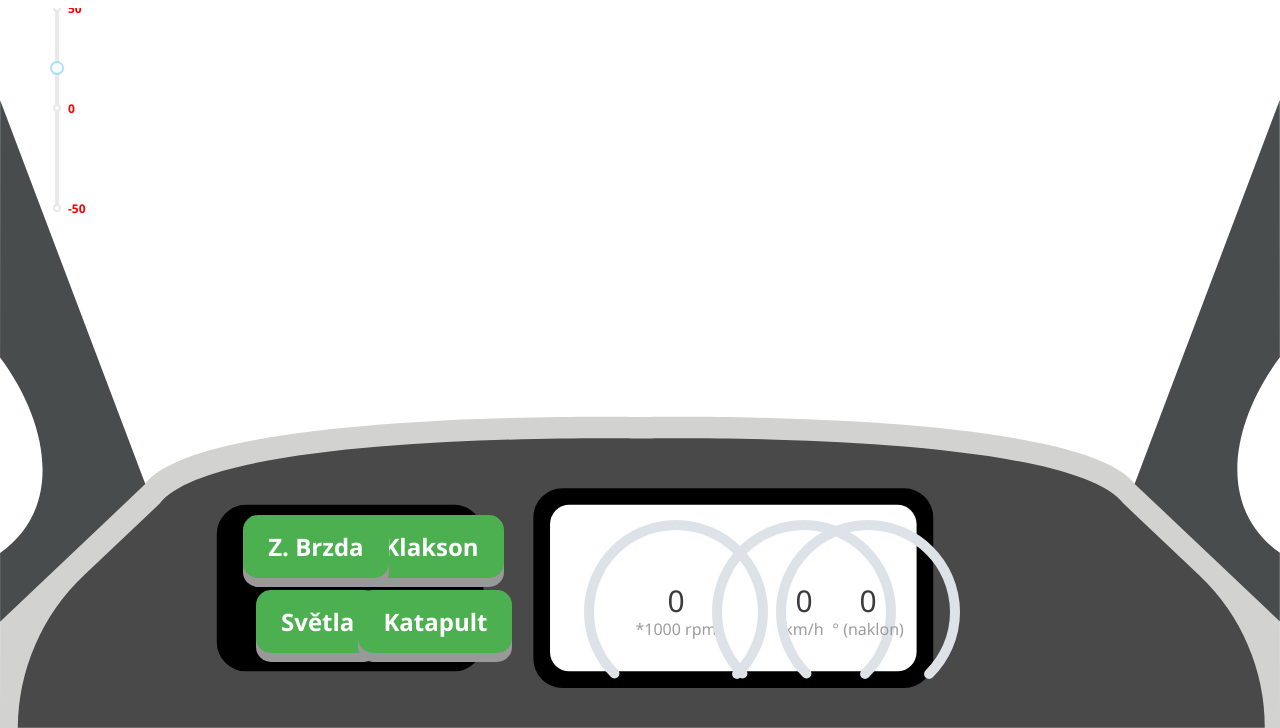
Repository: matyasvelc/train
Page: / (app in frontend/)
An editor plug-in stored every save of this project. The page is shown before and after the next save, followed by the edit.
The browser window is 1280 px wide. The pictures show the whole page.
The page's requests for data from a server got no answer. The project was rebuilt for these pictures with package versions that can differ from the ones it lists, and the page was loaded fresh each time. No one was signed in, and anything a server would have sent is missing.

Above is the page before, as saved 2022-04-04 16:57:18.

### frontend/src/index.js
import React, { useEffect } from 'react'
import ReactDOM from 'react-dom'
import Progress from './lib/progress'
import './styles.css'
import Slider, { Range } from 'rc-slider';
import 'rc-slider/assets/index.css';

async function postData(url = '', data = {}) {
  // Default options are marked with *
  const response = await fetch(url, {
    method: 'POST', // *GET, POST, PUT, DELETE, etc.
    cache: 'no-cache', // *default, no-cache, reload, force-cache, only-if-cached
    headers: {
      'Content-Type': 'application/json'
    },
    redirect: 'follow', // manual, *follow, error
    referrerPolicy: 'no-referrer', // no-referrer, *no-referrer-when-downgrade, origin, origin-when-cross-origin, same-origin, strict-origin, strict-origin-when-cross-origin, unsafe-url
    body: JSON.stringify(data) // body data type must match "Content-Type" header
  });
  return response.json(); // parses JSON response into native JavaScript objects
}

const style = { float: 'left', width: 160, height: 200, marginBottom: 160, marginLeft: 50 };
const parentStyle = { overflow: 'hidden' };

const marks = {
  '-50': {
    style: {
      color: 'red',
    },
    label: <strong>-50</strong>,
  },
  0: {
    style: {
      color: 'red',
    },
    label: <strong>0</strong>,
  },
  50: {
    style: {
      color: 'red',
    },
    label: <strong>50</strong>,
  },
};

function App() {
  const [temp, setTemp] = React.useState()
  const [rpm, setRpm] = React.useState()
  const [speed, setSpeed] = React.useState()
  const [svetlo, setSvetlo] = React.useState()
  const [rychlost, setRychlost] = React.useState()

  useEffect(() => {
    const timer = setInterval(() => {
      fetch('http://127.0.0.1:5000/getSpeed')
        .then(res => {
          return res.json();
        })
        .then(data => {
          setSpeed(data.speed);
        });
    }, 1000);

    return () => clearInterval(timer);
  }, []);

  useEffect(() => {
    const timer = setInterval(() => {
      fetch('http://127.0.0.1:5000/getAngle')
        .then(res => {
          return res.json();
        })
        .then(data => {
          setTemp(data.angle);
        });
    }, 1000);

    return () => clearInterval(timer);
  }, []);

  useEffect(() => {
    const timer = setInterval(() => {
      fetch('http://127.0.0.1:5000/getRpm')
        .then(res => {
          return res.json();
        })
        .then(data => {
          setRpm(data.engine_speed);
        });
      }, 1000);

      return () => clearInterval(timer);
  }, []);

  function Svetlo() {
    console.log(svetlo);
    setSvetlo(!svetlo);
    postData('http://127.0.0.1:5000/setLightStatus', {"lights": !svetlo})
  }

  function Rychlost(value) {
    console.log(value);
    setRychlost(value);
    postData('http://127.0.0.1:5000/setSpeed', {"speed": value})
  }

  return (
    <div className="demo">
      <div className='vlak'>
      <div className='budik1'>
      <Progress
        progress={rpm}
        max={4}
        subtitle="*1000 rpm"
        reduction={0.25}
        hideBall
        strokeWidth={10}
        gradient={[{stop: 0.0, color: '#f6416d'}, {stop: 1, color: '#fa6d7c'}]} />
      </div>
      <div className='budik2'>
      <Progress
        progress={speed}
        max={100}
        subtitle="km/h"
        reduction={0.25}
        hideBall
        strokeWidth={10} />
      </div>
      <div className='budik3'>
      <Progress
        progress={temp}
        min={-45}
        max={45}
        subtitle="° (naklon)"
        strokeWidth={10}
        reduction={0.25}
        hideBall
        gradient={[{stop: 0.0, color: '#f6416d'}, {stop: 1, color: '#fa6d7c'}]} />
      </div>
        </div>
        <input id='svetla' class="svetla" onClick={Svetlo} checked={svetlo} type='checkbox'></input>
        <label class="button a" htmlFor='svetla'>Světla</label>
        <button class="button b" >Katapult</button>
        <button class="button c" >Klakson</button>
        <button class="button d" >Z. Brzda</button>
        <div style={parentStyle}>
          <div style={style}>
            <Slider vertical min={-50} max={50} step={2} marks={marks} included={false} onAfterChange={Rychlost} defaultValue={20}/>
          </div>
        </div>
        </div>
  )
}

ReactDOM.render(<App />, document.getElementById('root'))

### frontend/src/styles.css
body {
  background: none;
  font-family: 'Segoe UI', Tahoma, Geneva, Verdana, sans-serif;
  caret-color: transparent;
  user-select: none;
  overflow: hidden;
  padding: 0;
  left: 0;
  width: 100%;
  height: 100%;
}

.demo > div {
  width: 100%;
  height: 100%;
  position: absolute;
  left: 0;
  display: inline-block;
}
.vlak {
  background-image:url(./train.svg);
  background-repeat: no-repeat;
  background-size: 100%;
  width: 100%;
  height: 100%;
  overflow: hidden;
  background-position: bottom;
  position: absolute;
  display: inline-block;
}
.budik1{
  position: absolute;
  top: 70%;
  left: 45%;
}
.budik2{
  position: absolute;
  top: 70%;
  left: 55%;
}
.budik3{
  position: absolute;
  top: 70%;
  left: 60%;
}
.button {
  font-family: 'Segoe UI', Tahoma, Geneva, Verdana, sans-serif;
  display: inline-block;
  padding: 15px 25px;
  font-size: 24px;
  cursor: pointer;
  text-align: center;
  text-decoration: none;
  outline: none;
  color: #fff;
  background-color: #4CAF50;
  border: none;
  border-radius: 15px;
  box-shadow: 0 9px #999;
  caret-color: transparent;
  user-select: none;
  font-weight:600;
  position: absolute;
}
.button:active {
  background-color: #3e8e41;
  box-shadow: 0 5px #666;
  transform: translateY(4px);
}
.a{
  position: absolute;
  top: 82%;
  left: 20%;
}
.b{
  position: absolute;
  top: 82%;
  left: 28%;
}
.c{
  position: absolute;
  top: 71.5%;
  left: 28%;
}
.d{
  position: absolute;
  top: 71.5%;
  left: 19%;
}
.svetla{
  display: none;
  caret-color: transparent;
  user-select: none;
  position: absolute;
}
.svetla:checked + .button{
  background-color: #3e8e41;
  box-shadow: 0 5px #666;
  transform: translateY(4px);
}
.rychlost{
  user-select:all;
  position: absolute;
  top: ;
  left: ;
}

### frontend/src/lib/progress.module.css
.progress {
  font-family: 'Segoe UI', Tahoma, Geneva, Verdana, sans-serif;
  width: 200px;
}

.svg {
  display: block;
  width: 100%;
}

Loaded but not shown: frontend/public/index.html (common file); frontend/src/lib/progress.js (library)

After the next save:
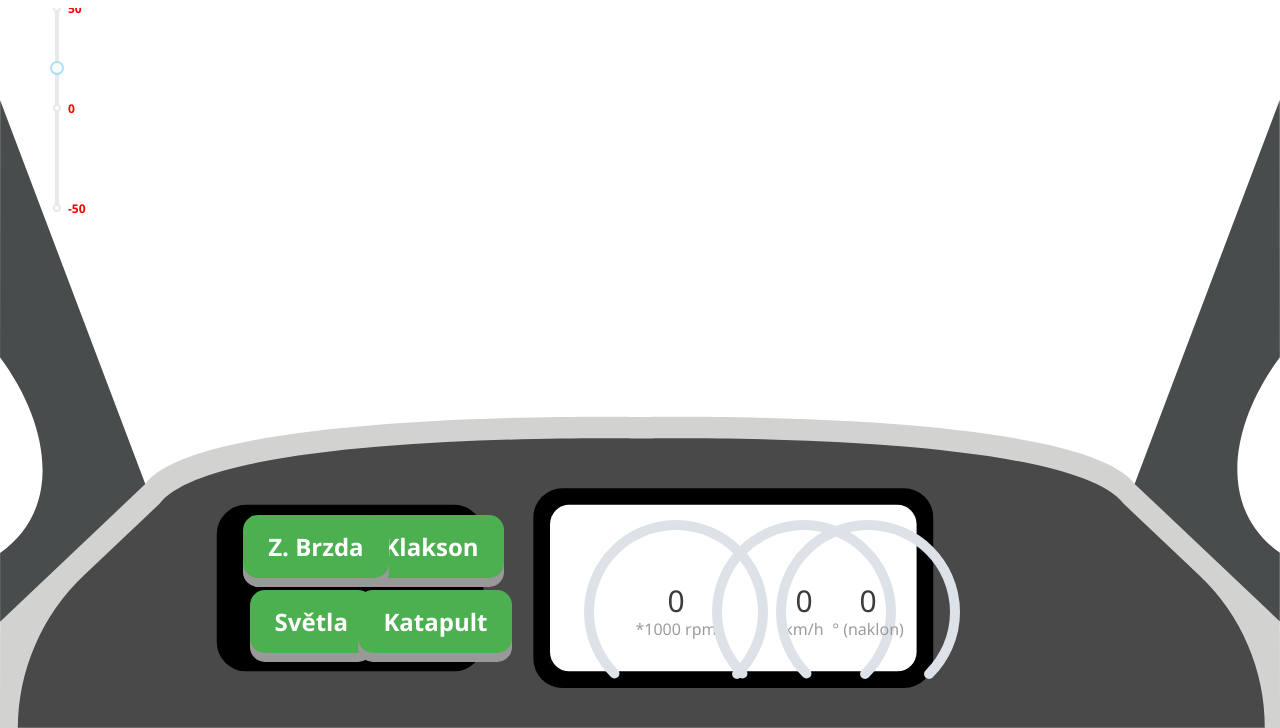
Saved 8 s later.
--- a/frontend/src/styles.css
+++ b/frontend/src/styles.css
@@ -70,7 +70,7 @@ body {
 .a{
   position: absolute;
   top: 82%;
-  left: 20%;
+  left: 19.5%;
 }
 .b{
   position: absolute;
